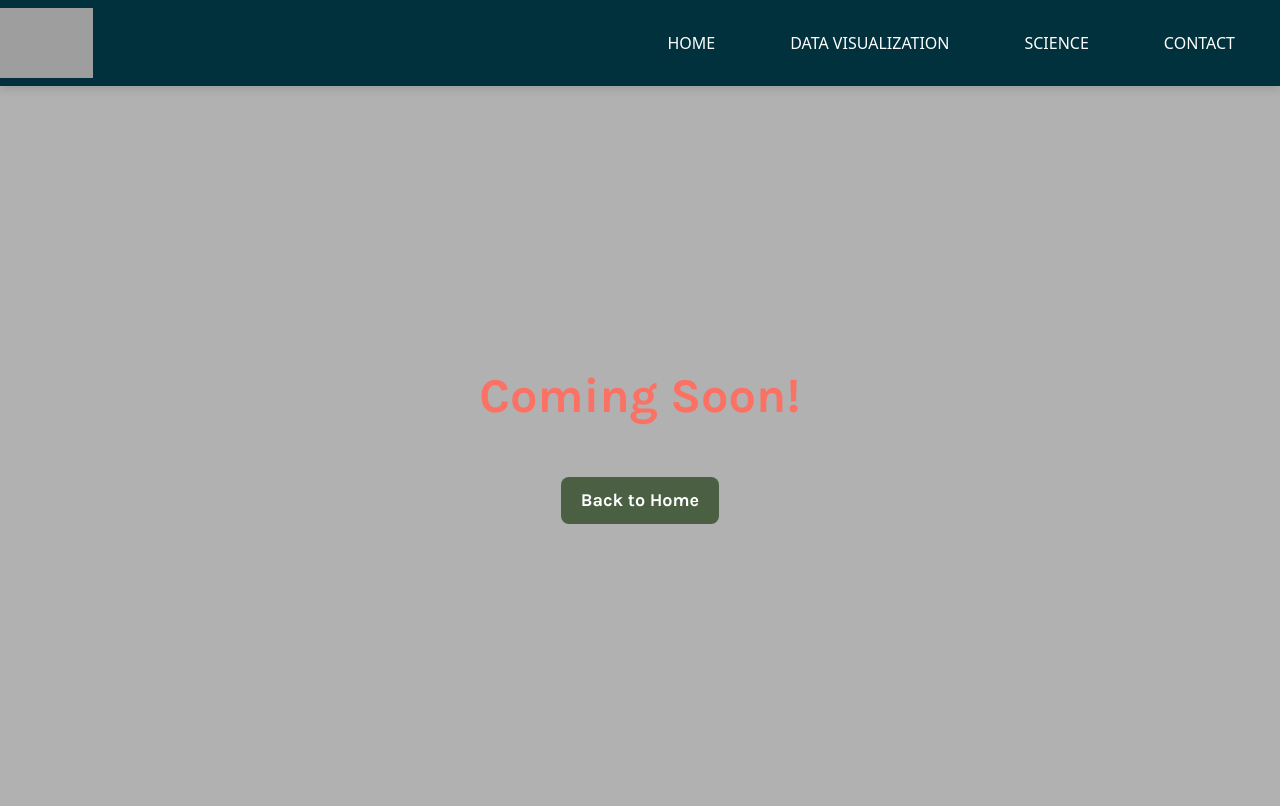
Repository: chukriisty/smartsoils-testbed
Page: /science
An editor plug-in stored every save of this project. The page is shown before and after the next save, followed by the edit.
The browser window is 1280 px wide. The pictures show the whole page.
Pictures or frames that could not be fetched are drawn as grey boxes. Some web fonts or font styles are not loaded; a fallback is used. The project was rebuilt for these pictures with package versions that can differ from the ones it lists, and the page was loaded fresh each time. Also part of the build but not shown: src/pages/HomePage.js, src/components/VisualizationPanel.js, src/pages/DataVisualizationPage.js, src/pages/PhenocamPage.js, src/pages/ERT.js, src/components/3DSensorLayout.css, src/components/3DSensorLayout.js, src/components/ControlPanel.css and 8 more.

Above is the page before, as saved 2024-09-26 18:25:15.

After the next save:
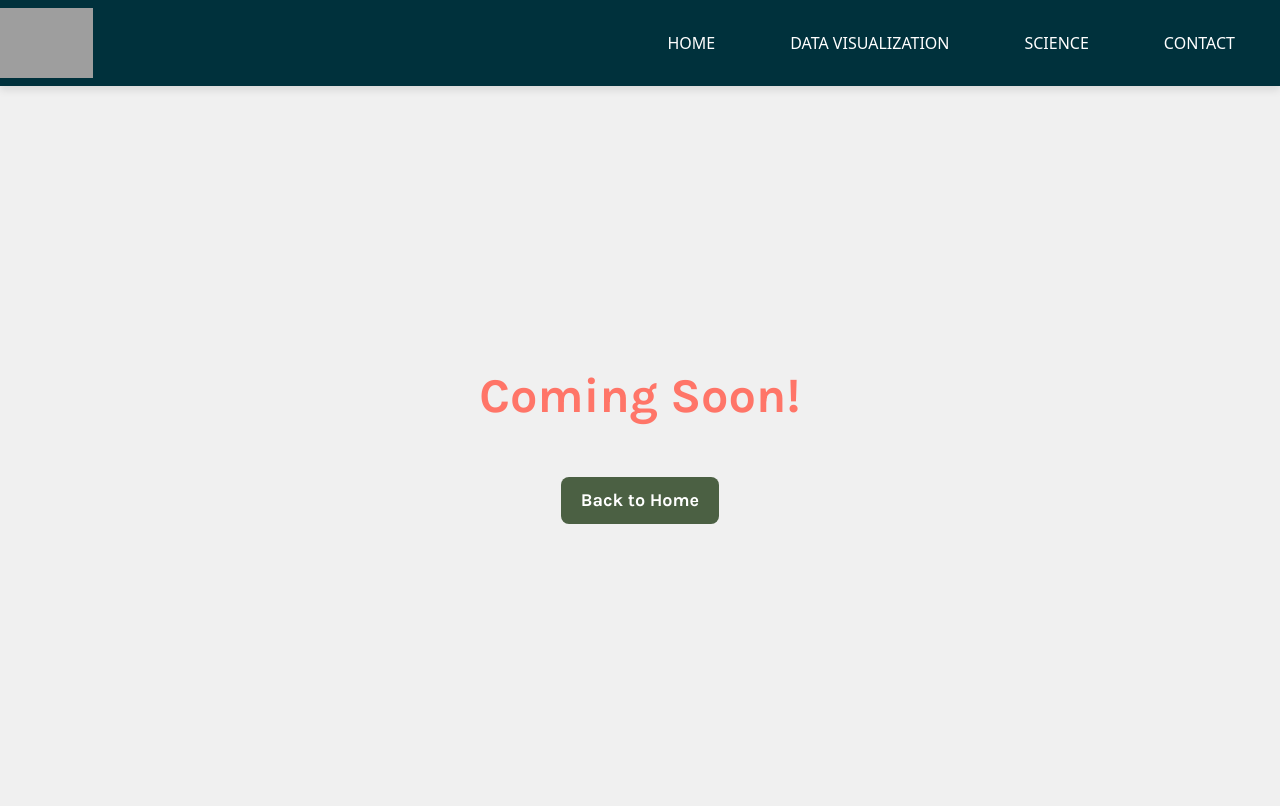
Saved 7 s later.
--- a/src/pages/SciencePage.css
+++ b/src/pages/SciencePage.css
@@ -5,7 +5,7 @@
     justify-content: center;
     align-items: center;
     height: 100vh; /* Full screen height */
-    background-color: #b1b1b1; /* Darker, elegant background */
+    background-color: #f0f0f0; /* Darker, elegant background */
     color: #f2f2f2; /* Softer text color for better readability */
     text-align: center;
   }
